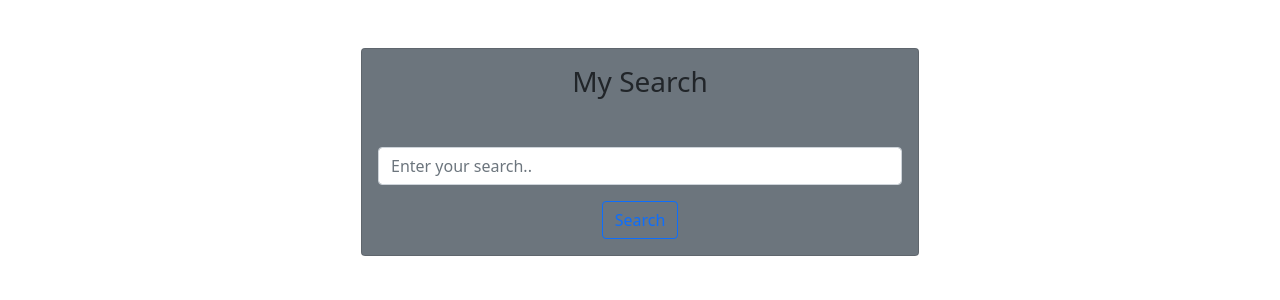
Repository: Hits-95/Spring
Page: http://localhost/SpringMVC_Search/home
The author's editor kept a copy of each file at every save. The page is drawn from the files as they stood at one save, then again after the next save.
The browser window is 1280 px wide. The pictures show the whole page.
The page is served by Tomcat 9.

Above is the page before, as saved 2021-04-10 07:09:58.

After the next save:
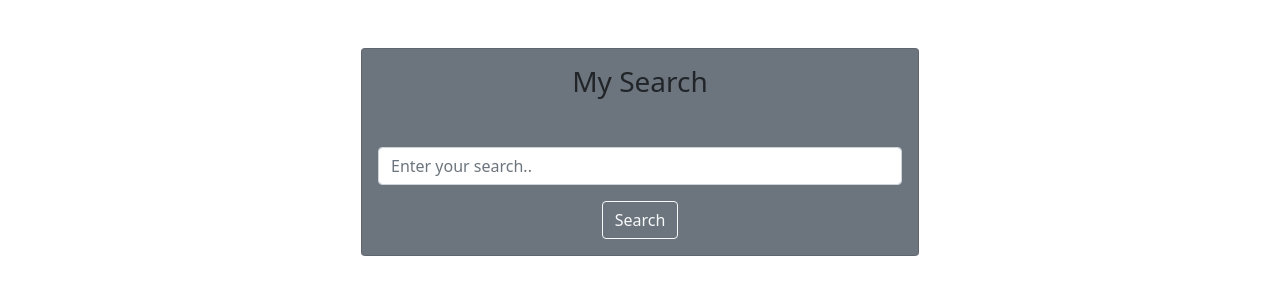
Saved 43 s later.
--- a/SpringMVC_Search/src/main/webapp/WEB-INF/views/home.jsp
+++ b/SpringMVC_Search/src/main/webapp/WEB-INF/views/home.jsp
@@ -19,7 +19,7 @@
 							name="querybox" placeholder="Enter your search..">
 					</div>
 					<div class="container text-center">
-						<button type="button" class="btn btn-outline-primary">Search</button>
+						<button type="button" class="btn btn-outline-light">Search</button>
 					</div>
 				</form>
 			</div>
